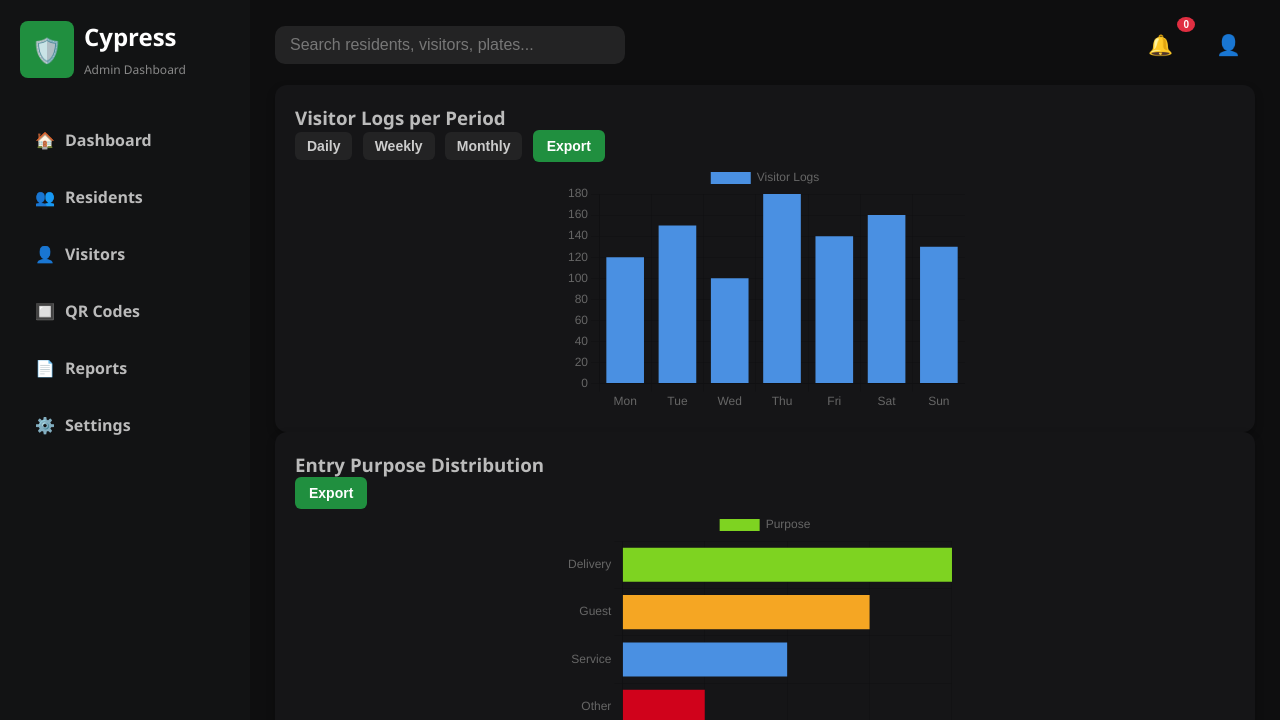
Repository: camuramon/my-project
Page: templates/admin/reports.html
These files come from the project's save history. The page is drawn as it stood at one moment and after the next save; the edit follows.
The browser window is 1280 px wide. The pictures show the whole page.
An inner scrolling area shows only its first screen. The template is drawn by Flask 3. The application's start-up code is not run. Other server files are loaded and not shown. The template is opened directly, without the code that normally fills it, so the values that code supplies are empty.

Above is the page before, as saved 2025-09-09 17:21:33.

### templates/admin/reports.html
<!DOCTYPE html>
<html lang="en">
<head>
  <meta charset="UTF-8">
  <meta name="viewport" content="width=device-width, initial-scale=1.0">
  <title>VMS Reports Dashboard</title>

    <link rel="stylesheet" href="{{ url_for('static', filename='css/report.css') }}">
  <script src="https://cdn.jsdelivr.net/npm/chart.js"></script>

</head>
<body>
<div class="container">
  <aside class="sidebar">
    <div class="logo">
      <div class="icon">🛡️</div>
      <div class="title">
        <h2>Cypress</h2>
        <span>Admin Dashboard</span>
      </div>
    </div>
    <nav>
      <ul class="sidebar-menu">
        <li class="{% if request.path == url_for('admin_dashboard') %}active{% endif %}">
          <a href="{{ url_for('admin_dashboard') }}"><span class="icon">🏠</span> Dashboard</a>
        </li>
        <li class="{% if request.path == url_for('admin_residents') %}active{% endif %}">
          <a href="{{ url_for('admin_residents') }}"><span class="icon">👥</span> Residents</a>
        </li>
        <li class="{% if request.path == url_for('admin_visitors') %}active{% endif %}">
          <a href="{{ url_for('admin_visitors') }}"><span class="icon">👤</span> Visitors</a>
        </li>
        <li><a href="#"><span class="icon">🔲</span> QR Codes</a></li>
        <li class="{% if request.path == url_for('admin_reports') %}active{% endif %}">
          <a href="{{ url_for('admin_reports') }}"><span class="icon">📄</span> Reports</a>
        </li>
        <li class="{% if request.path == url_for('admin_settings') %}active{% endif %}">
          <a href="{{ url_for('admin_settings') }}"><span class="icon">⚙️</span> Settings</a>
        </li>
      </ul>
    </nav>
  </aside>

  <main class="main-content">
    <header class="top-bar">
      <div class="search-bar">
        <input type="search" placeholder="Search residents, visitors, plates..." />
      </div>
      <div class="top-icons">
        <button class="icon-btn">🔔<span class="notification-count">{{ notifications|length }}</span></button>
        <button class="icon-btn">👤</button>
      </div>
    </header>


  <!-- Main Charts and Side Widgets -->
<section class="flex flex-col lg:flex-row gap-4">

    <!-- Main Charts -->
    <div class="flex-1">
      <div class="card p-4 mb-4">
        <div class="flex justify-between items-center mb-2">
          <h3 class="text-lg font-semibold">Visitor Logs per Period</h3>
          <div class="flex space-x-2">
            <button class="btn-chart-toggle" data-period="daily">Daily</button>
            <button class="btn-chart-toggle" data-period="weekly">Weekly</button>
            <button class="btn-chart-toggle" data-period="monthly">Monthly</button>
            <button class="btn-green">Export</button>
          </div>
        </div>
        <canvas id="barChart"></canvas>
      </div>
   <section class="grid grid-cols-1 md:grid-cols-2 gap-4">

        <div class="card p-4">
          <div class="flex justify-between items-center mb-2">
            <h3 class="text-lg font-semibold">Entry Purpose Distribution</h3>
            <button class="btn-green">Export</button>
          </div>
          <canvas id="horizontalChart"></canvas>
        </div>
        <div class="card p-4">
          <div class="flex justify-between items-center mb-2">
            <h3 class="text-lg font-semibold">Vehicles Used</h3>
            <button class="btn-green">Export</button>
          </div>
          <canvas id="pieChart"></canvas>
        </div>
      </div>
    </div>
    <!-- Side Widgets -->
    <div class="lg:w-1/3 space-y-4">
      <div class="card p-4">
        <div class="flex justify-between items-center mb-2">
          <h3 class="text-lg font-semibold">Visitor Geo Distribution</h3>
          <button class="btn-green">Export</button>
        </div>
        <img src="https://placehold.co/400x250" alt="Geo map" class="w-full rounded">
      </div>
      <div class="card p-4">
        <div class="flex justify-between items-center mb-2">
          <h3 class="text-lg font-semibold">Access Points</h3>
          <button class="btn-green">Export</button>
        </div>
        <canvas id="accessChart"></canvas>
      </div>
      <div class="card p-4">
        <div class="flex justify-between items-center mb-2">
          <h3 class="text-lg font-semibold">Device Access</h3>
          <button class="btn-green">Export</button>
        </div>
        <canvas id="deviceChart"></canvas>
      </div>
    </div>
  </section>

  <!-- Tables -->
  <section class="p-4 grid grid-cols-1 md:grid-cols-2 gap-4">
    <div class="card p-4">
      <h3 class="text-lg font-semibold mb-2">Visitor Logs</h3>
      <div class="overflow-x-auto">
        <table class="w-full text-sm">
          <thead>
            <tr class="border-b border-gray-600">
              <th class="text-left p-2">Name</th>
              <th class="text-left p-2">Purpose</th>
              <th class="text-left p-2">Vehicle</th>
              <th class="text-left p-2">Time In/Out</th>
              <th class="text-left p-2">Status</th>
            </tr>
          </thead>
          <tbody>
            <tr class="border-b border-gray-600 hover:bg-gray-800">
              <td class="p-2">John Doe</td>
              <td class="p-2">Delivery</td>
              <td class="p-2">Car</td>
              <td class="p-2">9:00 AM / 9:15 AM</td>
              <td class="p-2">Exited</td>
            </tr>
            <tr class="border-b border-gray-600 hover:bg-gray-800">
              <td class="p-2">Jane Smith</td>
              <td class="p-2">Guest</td>
              <td class="p-2">Motorcycle</td>
              <td class="p-2">10:00 AM / -</td>
              <td class="p-2">Inside</td>
            </tr>
          </tbody>
        </table>
      </div>
      <a href="#" class="text-blue-400 float-right mt-2">View All</a>
      <button class="btn-green mt-2">Export</button>
    </div>
    <div class="card p-4">
      <h3 class="text-lg font-semibold mb-2">Resident Reports</h3>
      <div class="overflow-x-auto">
        <table class="w-full text-sm">
          <thead>
            <tr class="border-b border-gray-600">
              <th class="text-left p-2">Name</th>
              <th class="text-left p-2">Status</th>
            </tr>
          </thead>
          <tbody>
            <tr class="border-b border-gray-600 hover:bg-gray-800">
              <td class="p-2">Alice Johnson</td>
              <td class="p-2"><span class="bg-green-600 px-2 py-1 rounded">Active</span></td>
            </tr>
            <tr class="border-b border-gray-600 hover:bg-gray-800">
              <td class="p-2">Bob Lee</td>
              <td class="p-2"><span class="bg-yellow-600 px-2 py-1 rounded">Suspended</span></td>
            </tr>
            <tr class="border-b border-gray-600 hover:bg-gray-800">
              <td class="p-2">Charlie Brown</td>
              <td class="p-2"><span class="bg-red-600 px-2 py-1 rounded">Blacklisted</span></td>
            </tr>
          </tbody>
        </table>
      </div>
      <a href="#" class="text-blue-400 float-right mt-2">View All</a>
      <button class="btn-green mt-2">Export</button>
    </div>
  </section>

<script src="{{ url_for('static', filename='js/report.js') }}"></script>
</body>
</html>

### static/css/report.css
/* ===========================
   RESET & BASE STYLES
=========================== */
* {
  box-sizing: border-box;
  margin: 0;
  padding: 0;
}

html, body {
  height: 100%;
  width: 100%;
  margin: 0;
  padding: 0;
  overflow-x: hidden; /* prevent horizontal scroll */
}

body {
  font-family: 'Segoe UI', Tahoma, Geneva, Verdana, sans-serif;
  background-color: #0e0e0f;
  color: #ddd;
  min-height: 100vh;
}

/* ===========================
   LAYOUT
=========================== */
.container {
  display: flex;
  width: 100%;
  min-height: 100vh;
}

/* ===========================
   SIDEBAR
=========================== */
.sidebar {
  width: 250px;
  height: 100vh;
  background-color: #121314;
  padding: 20px;
  flex-shrink: 0;
  position: fixed;   /* keep it fixed */
  top: 0;
  left: 0;
}

.logo {
  display: flex;
  align-items: center;
  margin-bottom: 40px;
}

.logo .icon {
  background-color: #208f3f;
  padding: 12px;
  border-radius: 8px;
  font-size: 24px;
  color: white;
  margin-right: 10px;
}

.logo .title h2 {
  font-weight: 700;
  color: white;
  margin-bottom: 4px;
}

.logo .title span {
  font-size: 12px;
  color: #888;
}

.sidebar-menu {
  list-style: none;
  padding: 0;
}

.sidebar-menu li {
  margin: 15px 0;
}

.sidebar-menu li a {
  text-decoration: none;
  color: #bbb;
  font-weight: 600;
  display: flex;
  align-items: center;
  gap: 10px;
  font-size: 16px;
  padding: 10px 15px;
  border-radius: 8px;
  transition: background-color 0.3s ease, color 0.3s ease;
}

.sidebar-menu li.active a {
  background-color: #2a2a2e;
  color: white;
}

.sidebar-menu li a:hover {
  background-color: #1d1d1f;
  color: white;
}

/* ===========================
   MAIN CONTENT
=========================== */
.main-content {
  flex-grow: 1;
  margin-left: 250px;           /* align with sidebar */
  padding: 25px;
  background-color: #0e0e0f;
  min-height: 100vh;
  width: calc(100% - 250px);    /* prevent overflow */
  overflow-x: hidden;           /* no horizontal scroll */
  box-sizing: border-box;
}

/* ===========================
   TOP BAR
=========================== */
.top-bar {
  display: flex;
  justify-content: space-between;
  align-items: center;
  margin-bottom: 20px;
}

.search-bar input {
  width: 350px;
  padding: 10px 15px;
  border: none;
  border-radius: 10px;
  background-color: #232324;
  color: #ccc;
  font-size: 16px;
}

.search-bar input::placeholder {
  color: #777;
}

.top-icons {
  display: flex;
  gap: 15px;
}

.icon-btn {
  background: none;
  border: none;
  color: #ccc;
  font-size: 20px;
  position: relative;
  cursor: pointer;
}

.notification-count {
  position: absolute;
  top: -8px;
  right: -8px;
  background-color: #e02e41;
  font-size: 10px;
  padding: 2px 6px;
  border-radius: 50%;
  color: white;
}

/* ===========================
   CARDS
=========================== */
.card {
  background-color: #151517;
  border-radius: 12px;
  flex: 1 1 300px;
  padding: 20px;
  position: relative;
  color: #bbb;
  box-shadow: 0 4px 8px rgba(0,0,0,0.25);
  transition: box-shadow 0.3s ease;
}

.card:hover {
  box-shadow: 0 6px 20px rgba(74,144,226,0.7);
}

.card h2 {
  color: white;
  font-weight: 800;
  font-size: 22px;
  margin-bottom: 10px;
}

/* ===========================
   BUTTONS
=========================== */
button {
  cursor: pointer;
  border: none;
  border-radius: 6px;
  font-weight: 600;
  padding: 8px 14px;
  font-size: 14px;
}

.btn-green {
  background-color: #208f3f;
  color: white;
  transition: 0.3s;
}

.btn-green:hover {
  background-color: #27b34c;
  box-shadow: 0 0 10px #27b34c;
}

.btn-chart-toggle {
  background-color: #232324;
  color: #ccc;
  margin-right: 6px;
  border-radius: 6px;
  padding: 6px 12px;
  cursor: pointer;
  transition: 0.3s;
}

.btn-chart-toggle:hover {
  background-color: #4A90E2;
  color: white;
}

/* ===========================
   TABLES
=========================== */
table {
  width: 100%;
  border-collapse: collapse;
  table-layout: fixed; /* 🔑 prevent overflow */
}

th, td {
  text-align: left;
  padding: 10px;
  font-size: 14px;
  color: #ddd;
}

thead {
  background-color: #2a2a2e;
}

tr {
  border-bottom: 1px solid #333;
}

tr:hover {
  background-color: #252527;
}

/* ===========================
   CHARTS
=========================== */
.charts {
  display: flex;
  justify-content: center;
  flex-wrap: wrap;  /* para bumaba yung iba kung kulang space */
  gap: 20px;
}

.chart-container {
  flex: 0 1 320px;   /* fixed na width per chart */
  max-width: 350px; /* limit para di sumobra */
  background: #1e1e2f;
  padding: 15px;
  border-radius: 12px;
  box-shadow: 0 4px 8px rgba(0,0,0,0.25);
  display: flex;
  flex-direction: column;
  align-items: center;
}

.chart-container h3 {
  margin-bottom: 10px;
  font-size: 14px;
  font-weight: 600;
  color: #fff;
  text-align: center;
}

.chart-container canvas {
  width: 100% !important;
  max-width: 280px;  /* para lahat charts halos magkasing lapad */
  height: auto !important;
  max-height: 220px; /* uniform height */
}
/* ===========================
   FIX CHART SIZES (GLOBAL)
=========================== */
canvas {
  max-width: 400px !important;  /* lapad ng chart */
  max-height: 250px !important; /* taas ng chart */
  width: 100% !important;
  height: auto !important;
  display: block;
  margin: 0 auto; /* center alignment */
}

### static/js/report.js
// Bar Chart (Visitor Logs)
const barCtx = document.getElementById('barChart').getContext('2d');
let period = 'daily';
const barData = {
  daily: [120, 150, 100, 180, 140, 160, 130],
  weekly: [850, 900, 880, 920],
  monthly: [3200, 3500, 3400]
};
const barChart = new Chart(barCtx, {
  type: 'bar',
  data: {
    labels: ['Mon', 'Tue', 'Wed', 'Thu', 'Fri', 'Sat', 'Sun'],
    datasets: [{
      label: 'Visitor Logs',
      data: barData.daily,
      backgroundColor: '#4A90E2'
    }]
  },
  options: {
    responsive: true,
    maintainAspectRatio: false,
    plugins: {
      tooltip: { enabled: true }
    }
  }
});

document.querySelectorAll('.btn-chart-toggle').forEach(btn => {
  btn.addEventListener('click', (e) => {
    period = e.target.dataset.period;
    const labels = period === 'daily'
      ? ['Mon', 'Tue', 'Wed', 'Thu', 'Fri', 'Sat', 'Sun']
      : (period === 'weekly'
        ? ['Week 1', 'Week 2', 'Week 3', 'Week 4']
        : ['Jan', 'Feb', 'Mar']);
    barChart.data.labels = labels;
    barChart.data.datasets[0].data = barData[period];
    barChart.update();
  });
});

// Horizontal Stacked Bar (Purpose)
const horCtx = document.getElementById('horizontalChart').getContext('2d');
new Chart(horCtx, {
  type: 'bar',
  data: {
    labels: ['Delivery', 'Guest', 'Service', 'Other'],
    datasets: [{
      label: 'Purpose',
      data: [200, 150, 100, 50],
      backgroundColor: ['#7ED321', '#F5A623', '#4A90E2', '#D0021B']
    }]
  },
  options: {
    indexAxis: 'y',
    responsive: true,
    maintainAspectRatio: false
  }
});

// Pie Chart (Vehicles)
const pieCtx = document.getElementById('pieChart').getContext('2d');
new Chart(pieCtx, {
  type: 'pie',
  data: {
    labels: ['Car', 'Motorcycle', 'Bicycle', 'Other'],
    datasets: [{
      data: [500, 300, 100, 100],
      backgroundColor: ['#4A90E2', '#7ED321', '#F5A623', '#D0021B']
    }]
  },
  options: {
    responsive: true,
    maintainAspectRatio: false
  }
});

// Access Points Chart
const accCtx = document.getElementById('accessChart').getContext('2d');
new Chart(accCtx, {
  type: 'bar',
  data: {
    labels: ['Gate 1', 'Gate 2'],
    datasets: [{
      label: 'Entries',
      data: [250, 200],
      backgroundColor: '#7ED321'
    }]
  },
  options: {
    responsive: true,
    maintainAspectRatio: false
  }
});

After the next save:
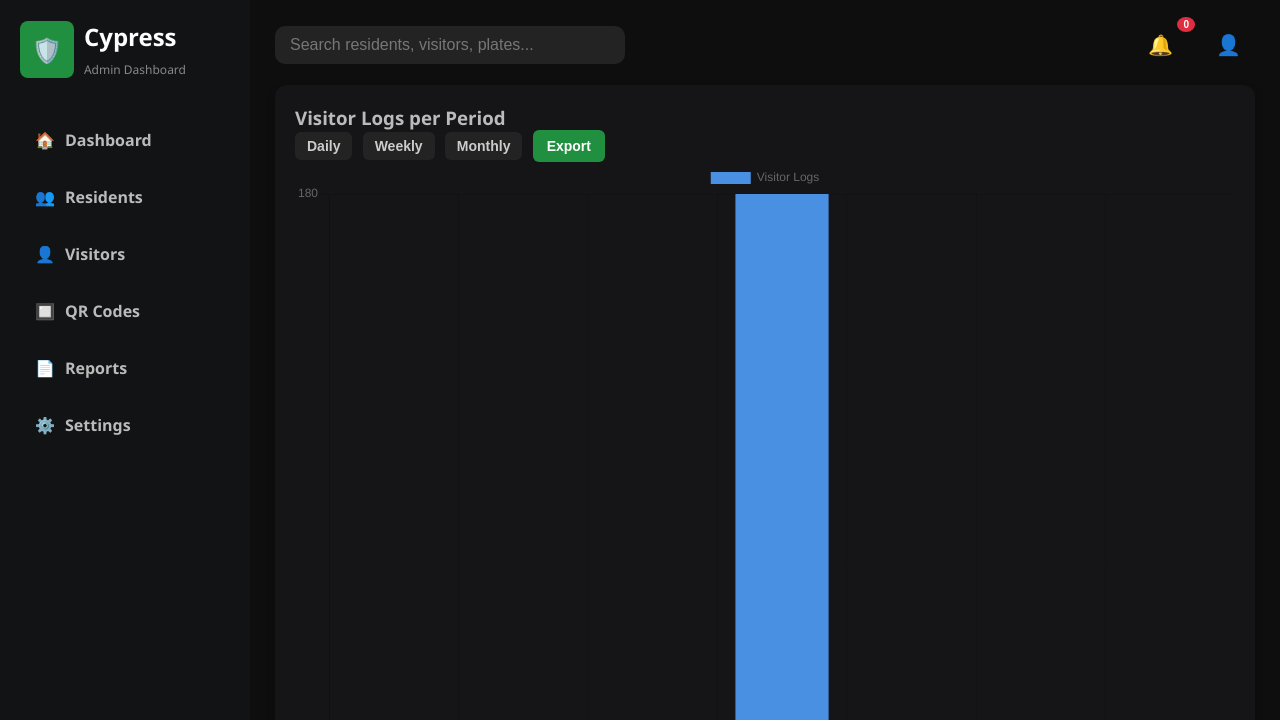
Saved 22 s later.
--- a/static/css/report.css
+++ b/static/css/report.css
@@ -261,46 +261,32 @@ tr:hover {
    CHARTS
 =========================== */
 .charts {
-  display: flex;
-  justify-content: center;
-  flex-wrap: wrap;  /* para bumaba yung iba kung kulang space */
+  display: grid;
+  grid-template-columns: repeat(auto-fit, minmax(350px, 1fr));
   gap: 20px;
+  margin-top: 20px;
 }
 
 .chart-container {
-  flex: 0 1 320px;   /* fixed na width per chart */
-  max-width: 350px; /* limit para di sumobra */
   background: #1e1e2f;
-  padding: 15px;
+  padding: 20px;
   border-radius: 12px;
   box-shadow: 0 4px 8px rgba(0,0,0,0.25);
+  height: 300px;         /* uniform height */
   display: flex;
   flex-direction: column;
-  align-items: center;
 }
 
 .chart-container h3 {
   margin-bottom: 10px;
-  font-size: 14px;
+  font-size: 16px;
   font-weight: 600;
   color: #fff;
   text-align: center;
 }
 
 .chart-container canvas {
+  flex-grow: 1;
   width: 100% !important;
-  max-width: 280px;  /* para lahat charts halos magkasing lapad */
-  height: auto !important;
-  max-height: 220px; /* uniform height */
-}
-/* ===========================
-   FIX CHART SIZES (GLOBAL)
-=========================== */
-canvas {
-  max-width: 400px !important;  /* lapad ng chart */
-  max-height: 250px !important; /* taas ng chart */
-  width: 100% !important;
-  height: auto !important;
-  display: block;
-  margin: 0 auto; /* center alignment */
-}
+  height: 100% !important;
+}
